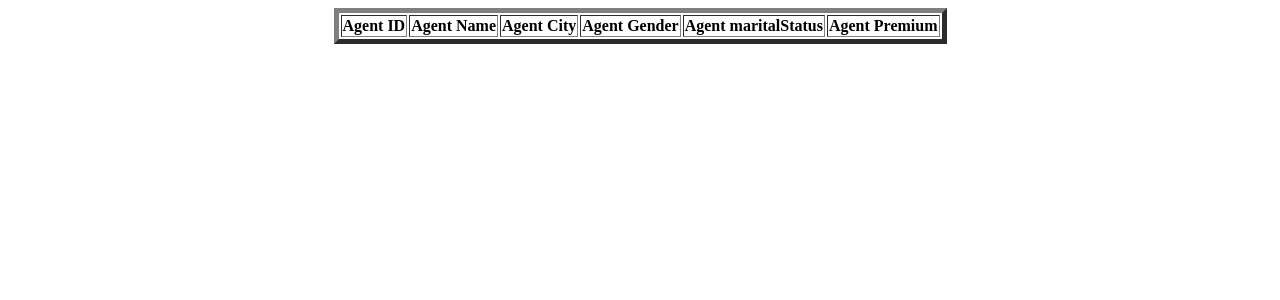
Repository: Guptaji153/Test002
Page: http://localhost/exam/ShowAgent.jsp
The author's editor kept a copy of each file at every save. The page is drawn from the files as they stood at one save, then again after the next save.
The browser window is 1280 px wide. The pictures show the whole page.
The page is served by Tomcat 9. Queries for data that is not in the repository find no rows.

Above is the page before, as saved 2025-05-06 10:05:32.

After the next save:
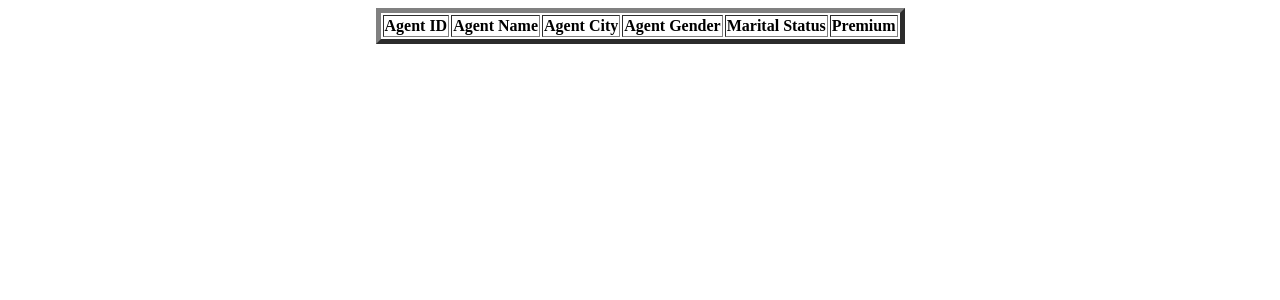
Saved 48 s later.
--- a/Day2/exam/src/main/webapp/ShowAgent.jsp
+++ b/Day2/exam/src/main/webapp/ShowAgent.jsp
@@ -16,36 +16,28 @@
     List<Agent> agentList = dao.showAgentDao();
 %>
 
+<table border="5" align="center">
+    <tr>
+        <th>Agent ID</th>
+        <th>Agent Name</th>
+        <th>Agent City</th>
+        <th>Agent Gender</th>
+        <th>Marital Status</th>
+        <th>Premium</th>
+    </tr>
 
-<table border = "5" align = "center">
- <tr>
+    <% for (Agent agent : agentList) { %>
+        <tr>
+            <td><%= agent.getAgentID() %></td>
+            <td><%= agent.getName() %></td>
+            <td><%= agent.getCity() %></td>
+            <td><%= agent.getGender() %></td>
+            <td><%= agent.getMaritalStatus() %></td>
+            <td><%= agent.getPremium() %></td>
+        </tr>
+    <% } %>
+</table>
 
-     <th>Agent ID</th>
-     <th>Agent Name</th>
-     <th>Agent City</th>
-    <th> Agent Gender</th>
-     <th> Agent maritalStatus</th>
-     <th> Agent Premium</th>
-
-  </tr>
-
-  <% for(Agent agent : agentList){ %>
-  <tr>
-
-       <td><% agent.getAgentID(); %></td>
-       <td> <% agent.getName(); %></td>
-       <td> <% agent.getCity(); %></td>
-       <td> <% agent.getGender(); %></td>
-       <td> <% agent.getMaritalStatus(); %></td>
-       <td> <% agent.getPremium(); %></td>
-
-
-
-
-       </tr>
-       <%} %>
-
-</table>
 
 </body>
 </html>
